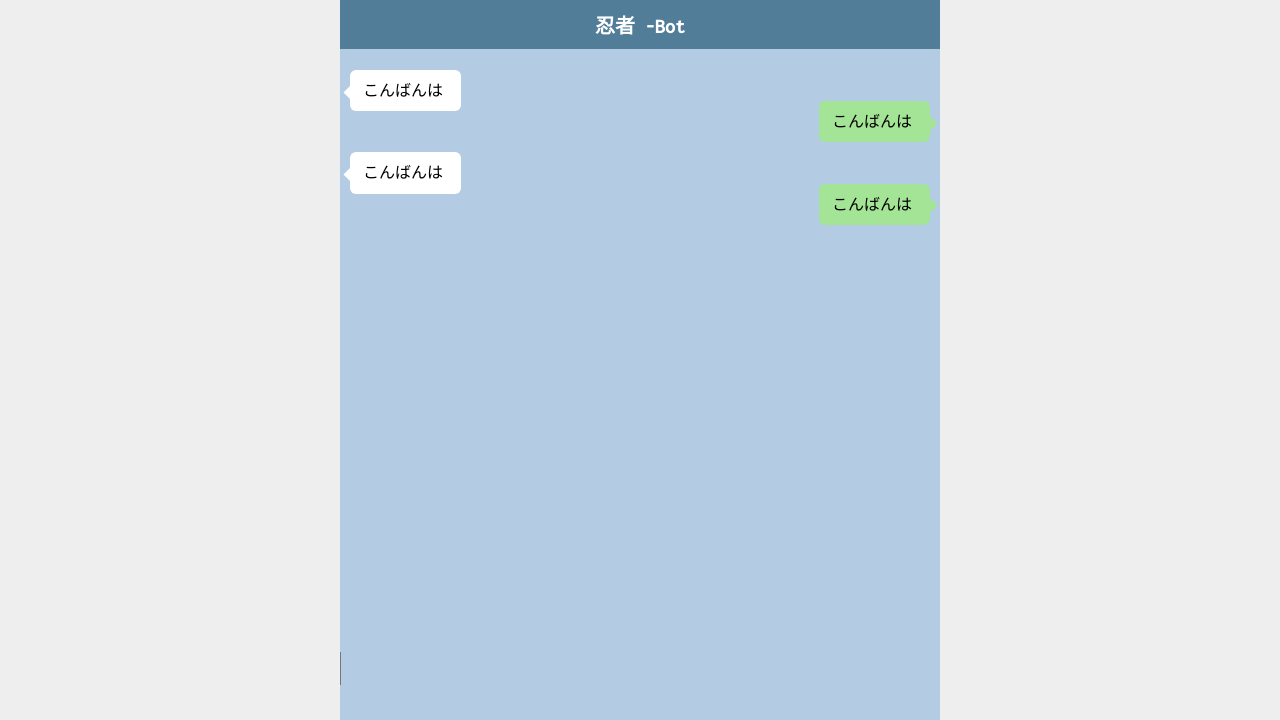
Repository: t0chan/bot
Page: index.html
The author's editor kept a copy of each file at every save. The page is drawn from the files as they stood at one save, then again after the next save.
The browser window is 1280 px wide. The pictures show the whole page.

Above is the page before, as saved 2021-11-01 19:08:01.

After the next save:
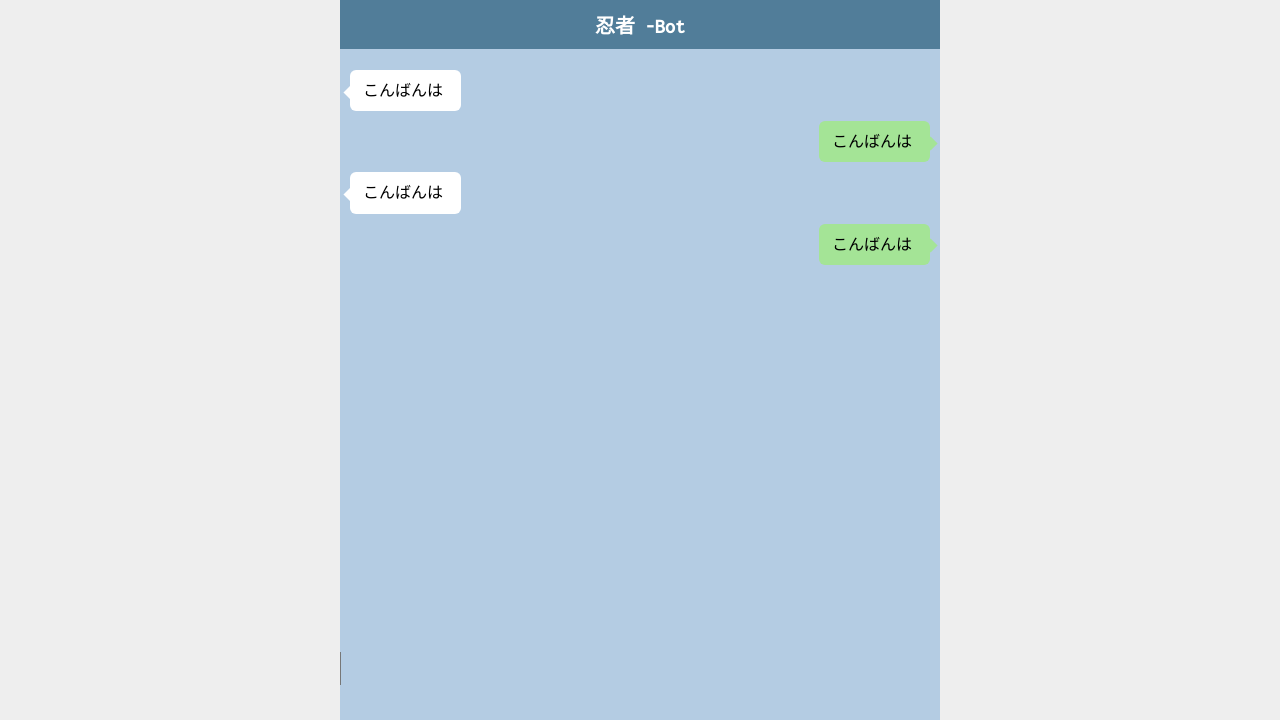
Saved 59 s later.
--- a/style.css
+++ b/style.css
@@ -58,7 +58,7 @@ h1 {
 #chat-ul li {
     background-color: #fff;
     position: relative;
-    margin: 0 auto -10px 10px;
+    margin: 0 auto 10px 10px;
     word-wrap: break-word;
     display: inline-block;
     border-radius: 6px;
